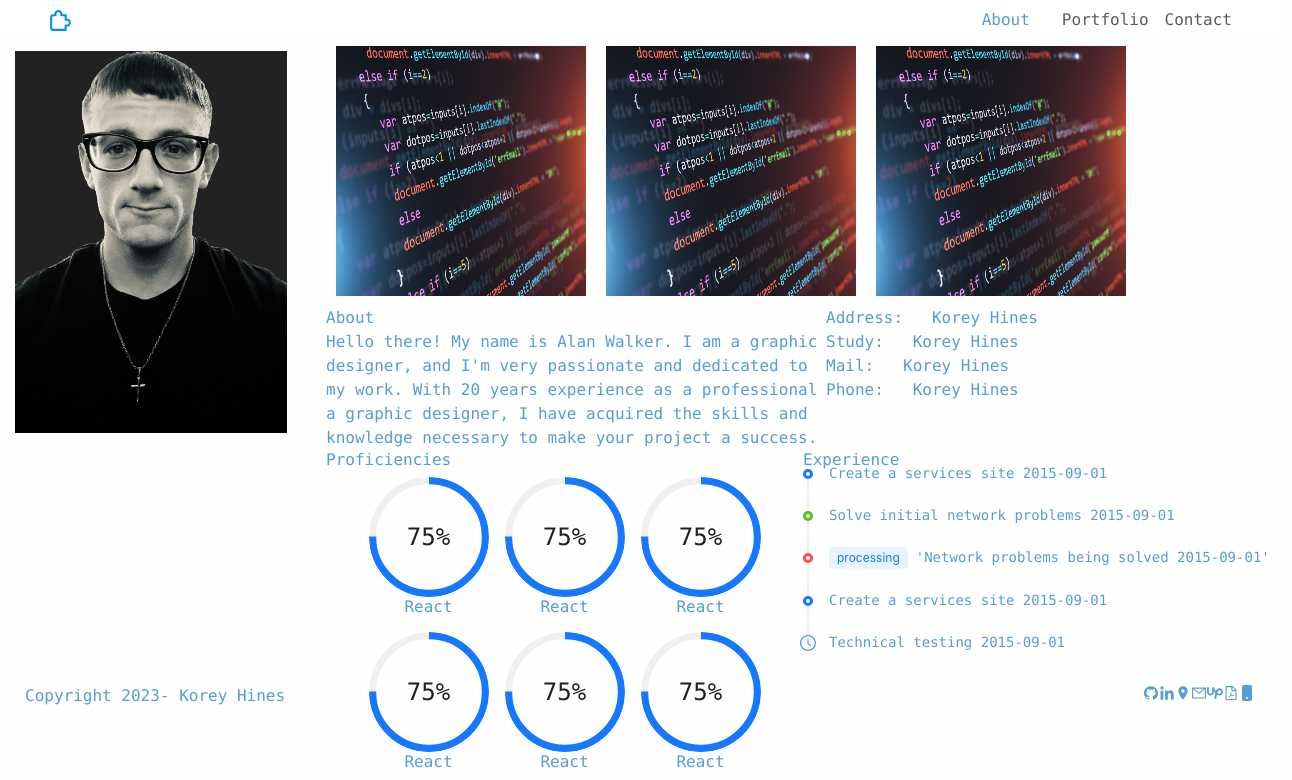
Repository: devkthines/next-portfolio-v2
Page: /about
The author's editor kept a copy of each file at every save. The page is drawn from the files as they stood at one save, then again after the next save.
The browser window is 1280 px wide. The page is 1292 px wide, so the pictures cover 1292 px, including what lies to the right of the window. The pictures show the whole page.
The project was rebuilt for these pictures with package versions that can differ from the ones it lists, and the page was loaded fresh each time. The framework's server and built-in components were replaced by stand-ins that run in the browser. Also part of the build but not shown: next.config.js.

Above is the page before, as saved 2023-09-25 22:33:25.

After the next save:
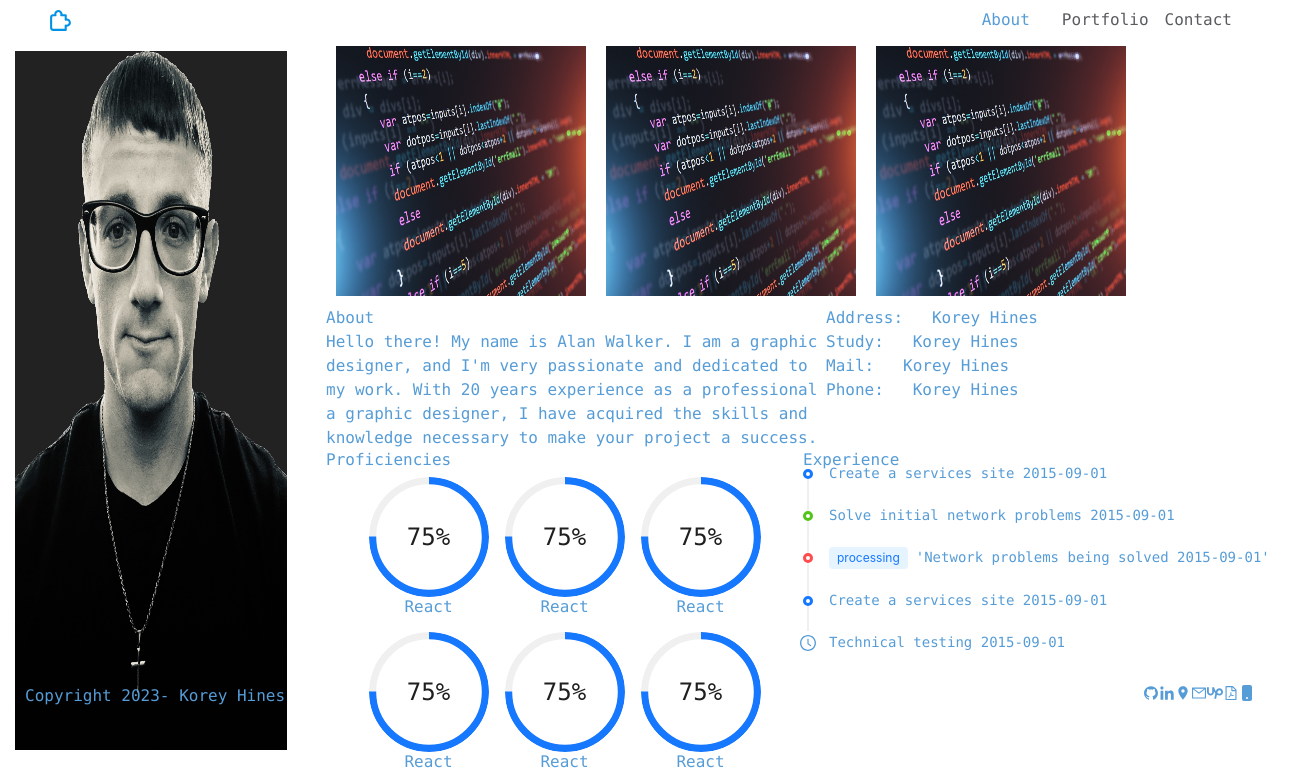
Saved 21 s later.
--- a/src/app/about/page.js
+++ b/src/app/about/page.js
@@ -49,7 +49,7 @@ export default function About() {
 
       <Row>
 
-        <Col xs={3} id=''>
+        <Col xs={3} id='' className='d-flex align-items center'>
           <img variant="top" id='aboutImg' src='/images/IMG-update.jpg' /> </Col>
         <Col xs={9}>
           <div>
